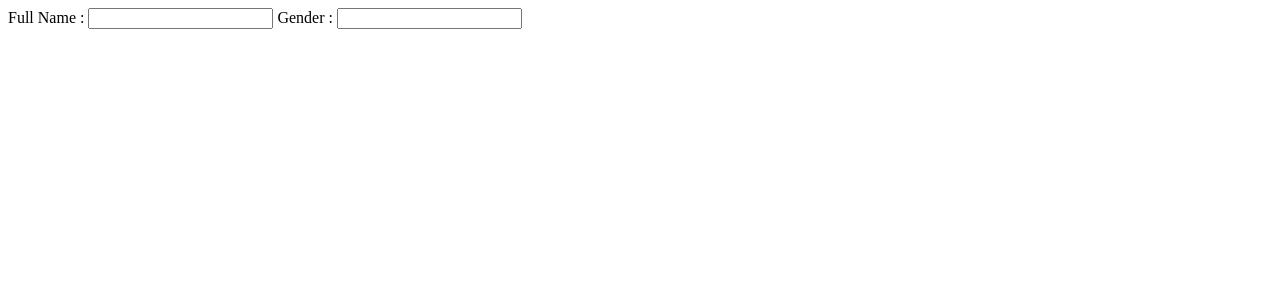
Repository: swapnil-dakhole/Java_code
Page: http://localhost/form_under_jsp/submit.jsp
The author's editor kept a copy of each file at every save. The page is drawn from the files as they stood at one save, then again after the next save.
The browser window is 1280 px wide. The pictures show the whole page.
The page is served by Tomcat 9.

Above is the page before, as saved 2024-01-25 05:10:57.

### form under jsp/src/main/webapp/submit.jsp
<%@ page language="java" contentType="text/html; charset=ISO-8859-1"
    pageEncoding="ISO-8859-1"%>
<!DOCTYPE html>
<html>
<head>
<meta charset="ISO-8859-1">
<title>Form</title>
</head>
<body>
	<form action="submit.jsp" method="post">
		Full Name : <input type="text" name="name">
		Gender : <input type="text" >

	</form>
</body>
</html>

After the next save:
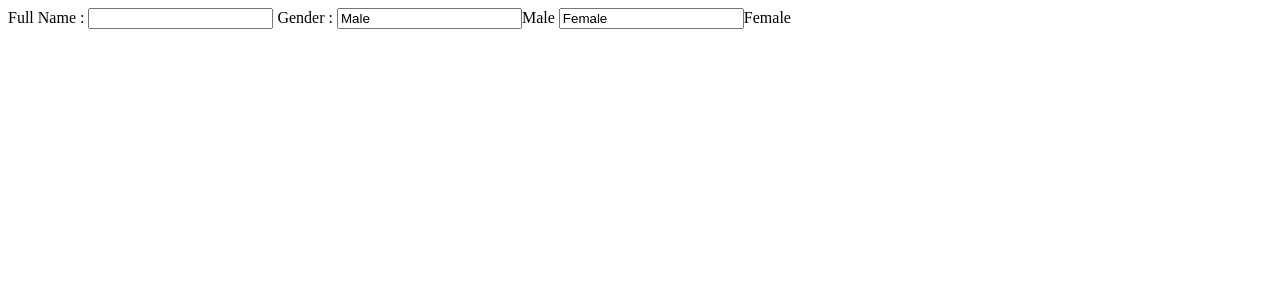
Saved 108 s later.
--- a/form under jsp/src/main/webapp/submit.jsp
+++ b/form under jsp/src/main/webapp/submit.jsp
@@ -9,7 +9,8 @@
 <body>
 	<form action="submit.jsp" method="post">
 		Full Name : <input type="text" name="name">
-		Gender : <input type="text" >
+		Gender : <input type="text" name="gender" value="Male" >Male
+				 <input type="text" name="gender" value="Female" >Female
 
 	</form>
 </body>
